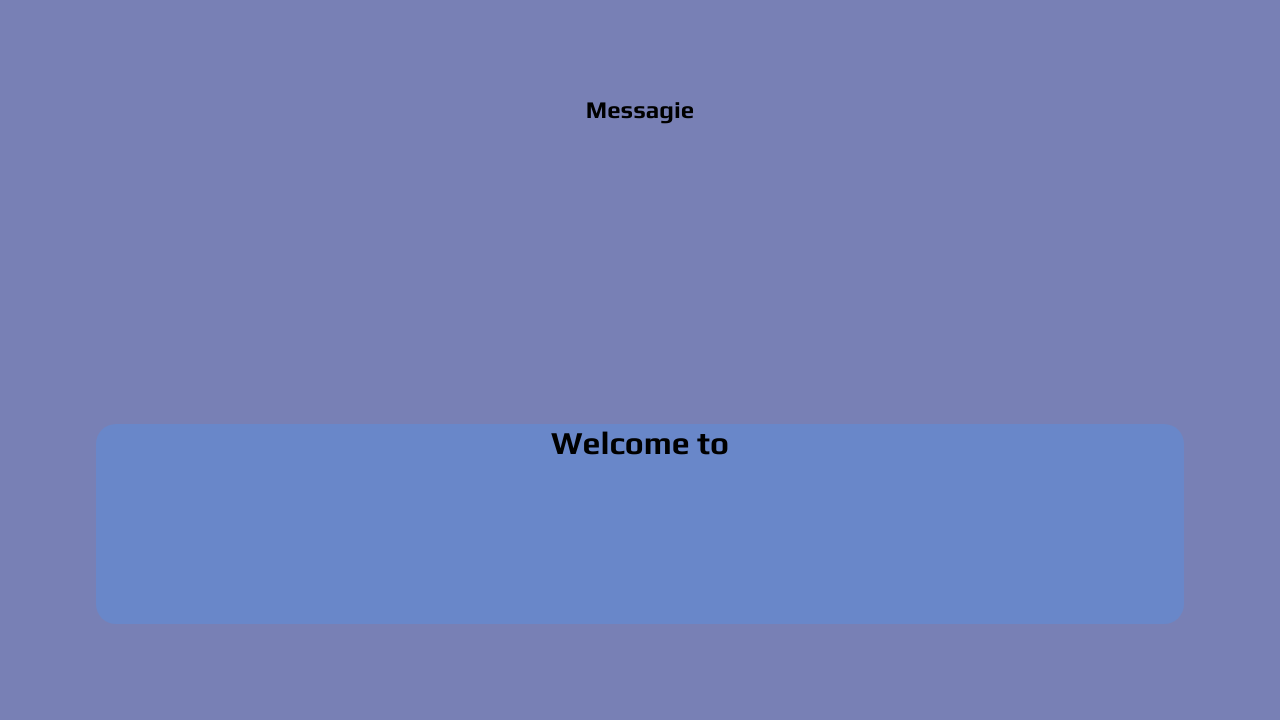
Repository: shaelorch/typeytalkey
Page: /
An editor plug-in stored every save of this project. The page is shown before and after the next save, followed by the edit.
The browser window is 1280 px wide. The pictures show the whole page.
The project was rebuilt for these pictures with package versions that can differ from the ones it lists, and the page was loaded fresh each time. The framework's server and built-in components were replaced by stand-ins that run in the browser. Also part of the build but not shown: next.config.js.

Above is the page before, as saved 2023-02-24 14:34:11.

### src/pages/index.js
import Head from 'next/head'
import Image from 'next/image'
import { Inter } from '@next/font/google'
import styles from '@/styles/Home.module.css'
import Logo from 'comps/Logo'

const inter = Inter({ subsets: ['latin'] })

export default function Home() {
  return (
    <>
      <Head>
        <title>Create Next App</title>
        <meta name="description" content="Generated by create next app" />
        <meta name="viewport" content="width=device-width, initial-scale=1" />
        <link rel="icon" href="/favicon.ico" />
      </Head>

      <main className={styles.main}>
        <Logo/>
        <div style={{backgroundColor:"#6987C9", width:"100%",
      height:200, borderRadius:20, display:'flex', justifyContent:'center', textAlign:'center'}}>
        <h1>Welcome to  </h1>
        </div>

      </main>
    </>
  )
}

### src/styles/globals.css
@import url('https://fonts.googleapis.com/css2?family=Play:wght@400;700&display=swap');

:root {
  --max-width: 1100px;
  --border-radius: 12px;
  --font-mono: ui-monospace, Menlo, Monaco, 'Cascadia Mono', 'Segoe UI Mono',
    'Roboto Mono', 'Oxygen Mono', 'Ubuntu Monospace', 'Source Code Pro',
    'Fira Mono', 'Droid Sans Mono', 'Courier New', monospace;

  --foreground-rgb: 0, 0, 0;
  --background-start-rgb: 214, 219, 220;
  --background-end-rgb: 255, 255, 255;

  --primary-glow: conic-gradient(
    from 180deg at 50% 50%,
    #16abff33 0deg,
    #0885ff33 55deg,
    #54d6ff33 120deg,
    #0071ff33 160deg,
    transparent 360deg
  );
  --secondary-glow: radial-gradient(
    rgba(255, 255, 255, 1),
    rgba(255, 255, 255, 0)
  );

  --tile-start-rgb: 239, 245, 249;
  --tile-end-rgb: 228, 232, 233;
  --tile-border: conic-gradient(
    #00000080,
    #00000040,
    #00000030,
    #00000020,
    #00000010,
    #00000010,
    #00000080
  );

  --callout-rgb: 238, 240, 241;
  --callout-border-rgb: 172, 175, 176;
  --card-rgb: 180, 185, 188;
  --card-border-rgb: 131, 134, 135;
}

@media (prefers-color-scheme: dark) {
  :root {
    --foreground-rgb: 255, 255, 255;
    --background-start-rgb: 0, 0, 0;
    --background-end-rgb: 0, 0, 0;

    --primary-glow: radial-gradient(rgba(1, 65, 255, 0.4), rgba(1, 65, 255, 0));
    --secondary-glow: linear-gradient(
      to bottom right,
      rgba(1, 65, 255, 0),
      rgba(1, 65, 255, 0),
      rgba(1, 65, 255, 0.3)
    );

    --tile-start-rgb: 2, 13, 46;
    --tile-end-rgb: 2, 5, 19;
    --tile-border: conic-gradient(
      #ffffff80,
      #ffffff40,
      #ffffff30,
      #ffffff20,
      #ffffff10,
      #ffffff10,
      #ffffff80
    );

    --callout-rgb: 20, 20, 20;
    --callout-border-rgb: 108, 108, 108;
    --card-rgb: 100, 100, 100;
    --card-border-rgb: 200, 200, 200;
  }
}

* {
  box-sizing: border-box;
  padding: 0;
  margin: 0;
}

html,
body {
  max-width: 100vw;
  overflow-x: hidden;
}

body {
  color: rgb(var(--foreground-rgb));
  background: linear-gradient(
      to bottom,
      transparent,
      rgb(var(--background-end-rgb))
    )
    rgb(var(--background-start-rgb));
}

a {
  color: inherit;
  text-decoration: none;
}

@media (prefers-color-scheme: dark) {
  html {
    color-scheme: dark;
  }
}

### src/styles/Home.module.css
.main {
  display: flex;
  flex-direction: column;
  justify-content: space-between;
  align-items: center;
  padding: 6rem;
  background-color: #7880B5;
  font-family:play, sans-serif;
  min-height: 100vh;
}

.logocont {
  display: flex;

}
.serverCont {

  display:flex;
    height:50px;
    margin-bottom:20px;
    margin-top:20px;
    color:white;
    width:60%;
    font-weight:bold;
    font-family: play, sans-serif;
    padding:10px;
    border-bottom:1px solid white;
    width:100%;

}
.description {
  display: inherit;
  justify-content: inherit;
  align-items: inherit;
  font-size: 0.85rem;
  max-width: var(--max-width);
  width: 100%;
  z-index: 2;
  font-family: var(--font-mono);
}

.description a {
  display: flex;
  justify-content: center;
  align-items: center;
  gap: 0.5rem;
}

.description p {
  position: relative;
  margin: 0;
  padding: 1rem;
  background-color: rgba(var(--callout-rgb), 0.5);
  border: 1px solid rgba(var(--callout-border-rgb), 0.3);
  border-radius: var(--border-radius);
}

.code {
  font-weight: 700;
  font-family: var(--font-mono);
}

.grid {
  display: grid;
  grid-template-columns: repeat(4, minmax(25%, auto));
  width: var(--max-width);
  max-width: 100%;
}

.card {
  padding: 1rem 1.2rem;
  border-radius: var(--border-radius);
  background: rgba(var(--card-rgb), 0);
  border: 1px solid rgba(var(--card-border-rgb), 0);
  transition: background 200ms, border 200ms;
}

.card span {
  display: inline-block;
  transition: transform 200ms;
}

.card h2 {
  font-weight: 600;
  margin-bottom: 0.7rem;
}

.card p {
  margin: 0;
  opacity: 0.6;
  font-size: 0.9rem;
  line-height: 1.5;
  max-width: 30ch;
}

.center {
  display: flex;
  justify-content: center;
  align-items: center;
  position: relative;
  padding: 4rem 0;
}

.center::before {
  background: var(--secondary-glow);
  border-radius: 50%;
  width: 480px;
  height: 360px;
  margin-left: -400px;
}

.center::after {
  background: var(--primary-glow);
  width: 240px;
  height: 180px;
  z-index: -1;
}

.center::before,
.center::after {
  content: '';
  left: 50%;
  position: absolute;
  filter: blur(45px);
  transform: translateZ(0);
}

.logo,
.thirteen {
  position: relative;
}

.thirteen {
  display: flex;
  justify-content: center;
  align-items: center;
  width: 75px;
  height: 75px;
  padding: 25px 10px;
  margin-left: 16px;
  transform: translateZ(0);
  border-radius: var(--border-radius);
  overflow: hidden;
  box-shadow: 0px 2px 8px -1px #0000001a;
}

.thirteen::before,
.thirteen::after {
  content: '';
  position: absolute;
  z-index: -1;
}

/* Conic Gradient Animation */
.thirteen::before {
  animation: 6s rotate linear infinite;
  width: 200%;
  height: 200%;
  background: var(--tile-border);
}

/* Inner Square */
.thirteen::after {
  inset: 0;
  padding: 1px;
  border-radius: var(--border-radius);
  background: linear-gradient(
    to bottom right,
    rgba(var(--tile-start-rgb), 1),
    rgba(var(--tile-end-rgb), 1)
  );
  background-clip: content-box;
}

/* Enable hover only on non-touch devices */
@media (hover: hover) and (pointer: fine) {
  .card:hover {
    background: rgba(var(--card-rgb), 0.1);
    border: 1px solid rgba(var(--card-border-rgb), 0.15);
  }

  .card:hover span {
    transform: translateX(4px);
  }
}

@media (prefers-reduced-motion) {
  .thirteen::before {
    animation: none;
  }

  .card:hover span {
    transform: none;
  }
}

/* Mobile */
@media (max-width: 700px) {
  .content {
    padding: 4rem;
  }

  .grid {
    grid-template-columns: 1fr;
    margin-bottom: 120px;
    max-width: 320px;
    text-align: center;
  }

  .card {
    padding: 1rem 2.5rem;
  }

  .card h2 {
    margin-bottom: 0.5rem;
  }

  .center {
    padding: 8rem 0 6rem;
  }

  .center::before {
    transform: none;
    height: 300px;
  }

  .description {
    font-size: 0.8rem;
  }

  .description a {
    padding: 1rem;
  }

  .description p,
  .description div {
    display: flex;
    justify-content: center;
    position: fixed;
    width: 100%;
  }

  .description p {
    align-items: center;
    inset: 0 0 auto;
    padding: 2rem 1rem 1.4rem;
    border-radius: 0;
    border: none;
    border-bottom: 1px solid rgba(var(--callout-border-rgb), 0.25);
    background: linear-gradient(
      to bottom,
      rgba(var(--background-start-rgb), 1),
      rgba(var(--callout-rgb), 0.5)
    );
    background-clip: padding-box;
    backdrop-filter: blur(24px);
  }

  .description div {
    align-items: flex-end;
    pointer-events: none;
    inset: auto 0 0;
    padding: 2rem;
    height: 200px;
    background: linear-gradient(
      to bottom,
      transparent 0%,
      rgb(var(--background-end-rgb)) 40%
    );
    z-index: 1;
  }
}

/* Tablet and Smaller Desktop */
@media (min-width: 701px) and (max-width: 1120px) {
  .grid {
    grid-template-columns: repeat(2, 50%);
  }
}

@media (prefers-color-scheme: dark) {
  .vercelLogo {
    filter: invert(1);
  }

  .logo,
  .thirteen img {
    filter: invert(1) drop-shadow(0 0 0.3rem #ffffff70);
  }
}

@keyframes rotate {
  from {
    transform: rotate(360deg);
  }
  to {
    transform: rotate(0deg);
  }
}

### comps/Logo.js
import styles from "src/styles/Home.module.css"

export default function Logo() {

    return (
        <div className={styles.logocont} >
            <h2>Messagie</h2>
        </div>
    )
}

Loaded but not shown: src/pages/_app.js (common file); src/pages/_document.js (common file)

After the next save:
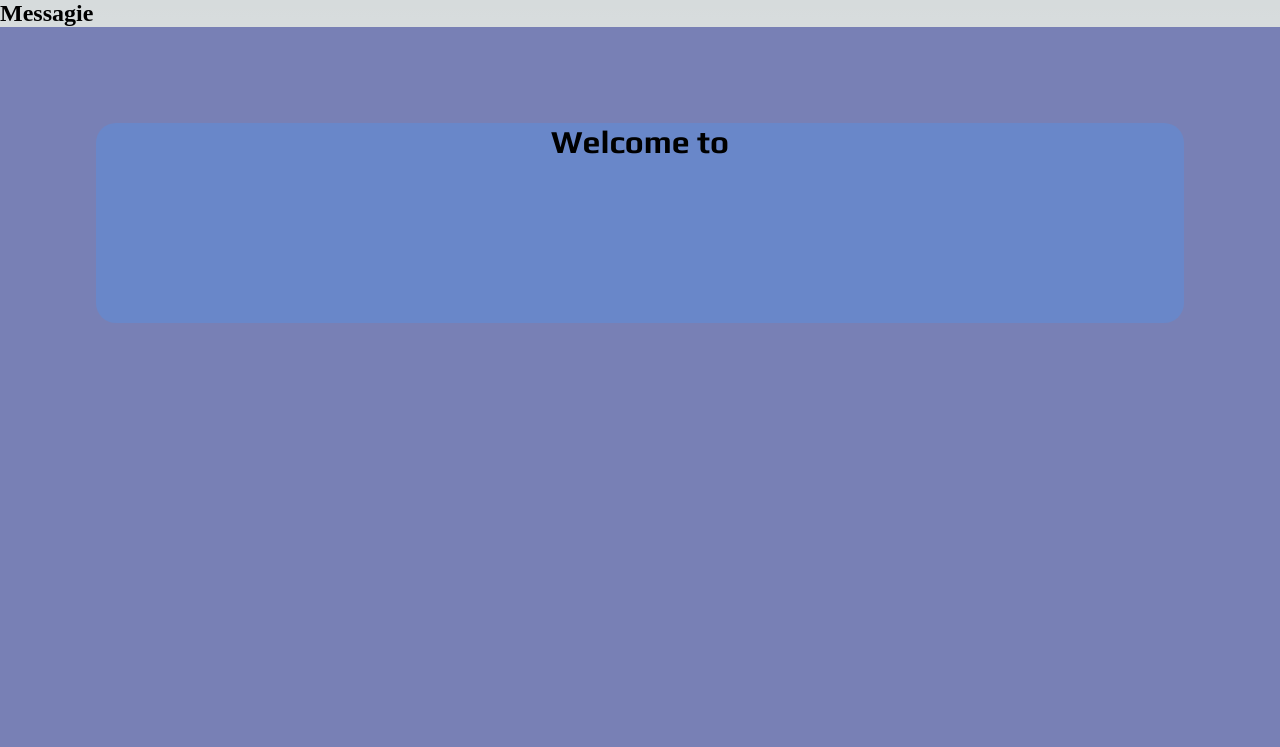
Saved 14 s later.
--- a/src/pages/index.js
+++ b/src/pages/index.js
@@ -15,9 +15,9 @@
         <meta name="viewport" content="width=device-width, initial-scale=1" />
         <link rel="icon" href="/favicon.ico" />
       </Head>
+      <Logo/>
+      <main className={styles.main}>
 
-      <main className={styles.main}>
-        <Logo/>
         <div style={{backgroundColor:"#6987C9", width:"100%",
       height:200, borderRadius:20, display:'flex', justifyContent:'center', textAlign:'center'}}>
         <h1>Welcome to  </h1>
